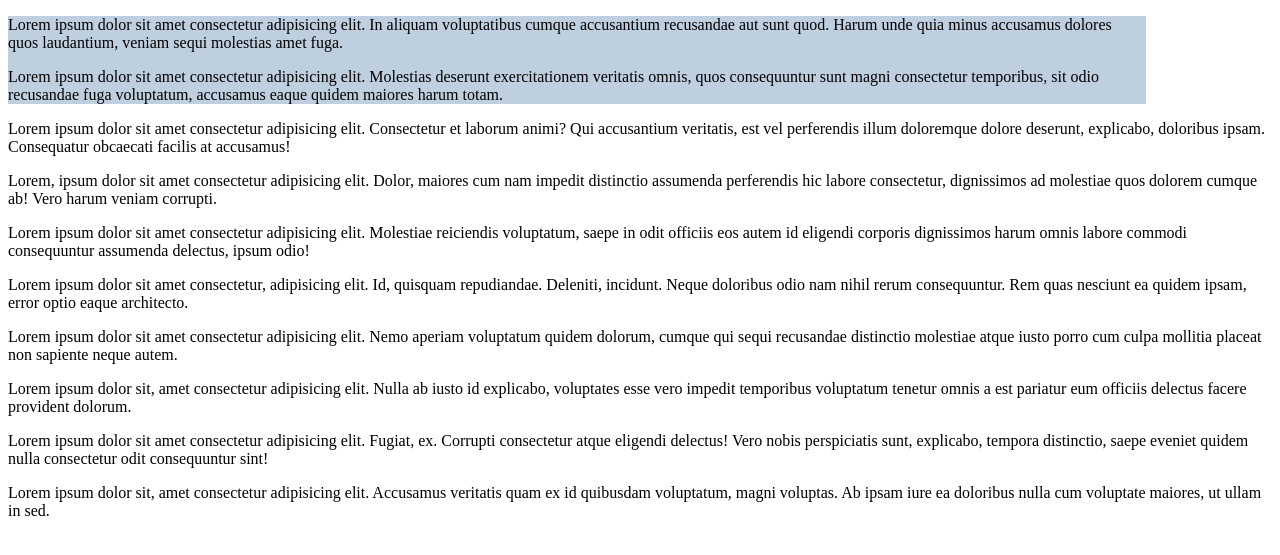
Repository: HTML-a-CSS-2/projekt-portfolio-Angelina555555
Page: .github/index.html
An editor plug-in stored every save of this project. The page is shown before and after the next save, followed by the edit.
The browser window is 1280 px wide. The pictures show the whole page.

Above is the page before, as saved 2022-05-07 21:30:20.

### .github/index.html
<!DOCTYPE html>
<html lang="en">
  <head>
    <meta charset="UTF-8" />
    <meta http-equiv="X-UA-Compatible" content="IE=edge" />
    <meta name="viewport" content="width=device-width, initial-scale=1.0" />
    <link rel="stylesheet" href="default.css" />
    <title>Document</title>
  </head>
  <body>
    <div class="blok">
      <p class="blok__element-jedna prvni-blok__element-jedna--fialovy">
        Lorem ipsum dolor sit amet consectetur adipisicing elit. In aliquam
        voluptatibus cumque accusantium recusandae aut sunt quod. Harum unde
        quia minus accusamus dolores quos laudantium, veniam sequi molestias
        amet fuga.
      </p>
      <p class="blok__element-dva">
        Lorem ipsum dolor sit amet consectetur adipisicing elit. Molestias
        deserunt exercitationem veritatis omnis, quos consequuntur sunt magni
        consectetur temporibus, sit odio recusandae fuga voluptatum, accusamus
        eaque quidem maiores harum totam.
      </p>
    </div>
    <div class="article">
      <p class="article__element-tri">
        Lorem ipsum dolor sit amet consectetur adipisicing elit. Consectetur et
        laborum animi? Qui accusantium veritatis, est vel perferendis illum
        doloremque dolore deserunt, explicabo, doloribus ipsam. Consequatur
        obcaecati facilis at accusamus!
      </p>
      <p class="article__element-ctry">
        Lorem, ipsum dolor sit amet consectetur adipisicing elit. Dolor, maiores
        cum nam impedit distinctio assumenda perferendis hic labore consectetur,
        dignissimos ad molestiae quos dolorem cumque ab! Vero harum veniam
        corrupti.
      </p>
    </div>
    <div class="print">
      <p class="print__element-pet">
        Lorem ipsum dolor sit amet consectetur adipisicing elit. Molestiae
        reiciendis voluptatum, saepe in odit officiis eos autem id eligendi
        corporis dignissimos harum omnis labore commodi consequuntur assumenda
        delectus, ipsum odio!
      </p>
      <p class="print__element-sest">
        Lorem ipsum dolor sit amet consectetur, adipisicing elit. Id, quisquam
        repudiandae. Deleniti, incidunt. Neque doloribus odio nam nihil rerum
        consequuntur. Rem quas nesciunt ea quidem ipsam, error optio eaque
        architecto.
      </p>
    </div>
    <div class="leader">
      <p class="leader__element-sedm">
        Lorem ipsum dolor sit amet consectetur adipisicing elit. Nemo aperiam
        voluptatum quidem dolorum, cumque qui sequi recusandae distinctio
        molestiae atque iusto porro cum culpa mollitia placeat non sapiente
        neque autem.
      </p>
      <p class="leader__element-osm">
        Lorem ipsum dolor sit, amet consectetur adipisicing elit. Nulla ab iusto
        id explicabo, voluptates esse vero impedit temporibus voluptatum tenetur
        omnis a est pariatur eum officiis delectus facere provident dolorum.
      </p>
    </div>
    <div class="buttom">
      <p class="buttom__element-devet">
        Lorem ipsum dolor sit amet consectetur adipisicing elit. Fugiat, ex.
        Corrupti consectetur atque eligendi delectus! Vero nobis perspiciatis
        sunt, explicabo, tempora distinctio, saepe eveniet quidem nulla
        consectetur odit consequuntur sint!
      </p>
      <p class="buttom__element-deset">
        Lorem ipsum dolor sit, amet consectetur adipisicing elit. Accusamus
        veritatis quam ex id quibusdam voluptatum, magni voluptas. Ab ipsam iure
        ea doloribus nulla cum voluptate maiores, ut ullam in sed.
      </p>
    </div>
  </body>
</html>

### .github/default.css
.blok {
  width: 90%;
  background-color: #becfdf;
}

.article {
}

.print {
}

.leader {
}

.buttom {
}

After the next save:
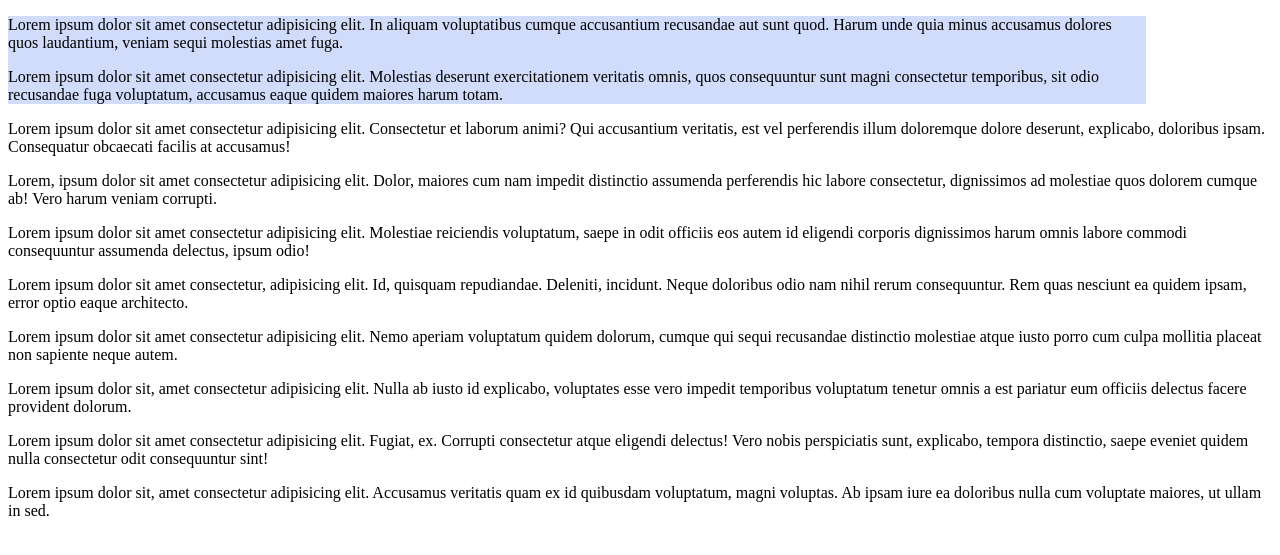
Saved 27 s later.
--- a/.github/default.css
+++ b/.github/default.css
@@ -1,6 +1,6 @@
 .blok {
   width: 90%;
-  background-color: #becfdf;
+  background-color: #d1dbfa;
 }
 
 .article {
